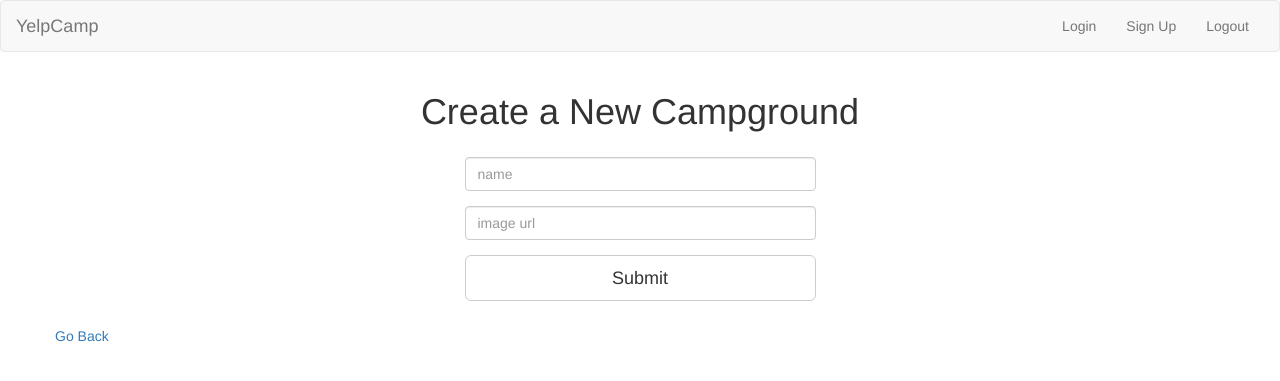
Repository: iceljc/web-development
Page: http://localhost/campgrounds/new
The author's editor kept a record of every edit. The page is drawn from the files as they stood at one moment, then again after the next edit.
The browser window is 1280 px wide. The pictures show the whole page.
The page is served by the project's Node server (YelpCamp/v1/app.js).

Above is the page before.

After the next edit:
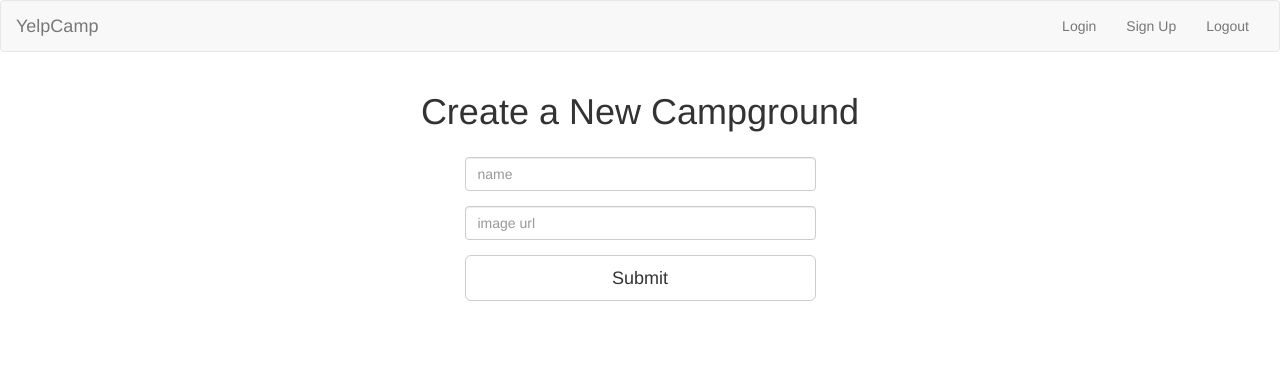
The edit:
--- a/YelpCamp/v1/views/new.ejs
+++ b/YelpCamp/v1/views/new.ejs
@@ -17,7 +17,7 @@
             </form>
         </div>
 
-        <a href="/campgrounds">Go Back</a>
+
     </div>
 </div>
 
